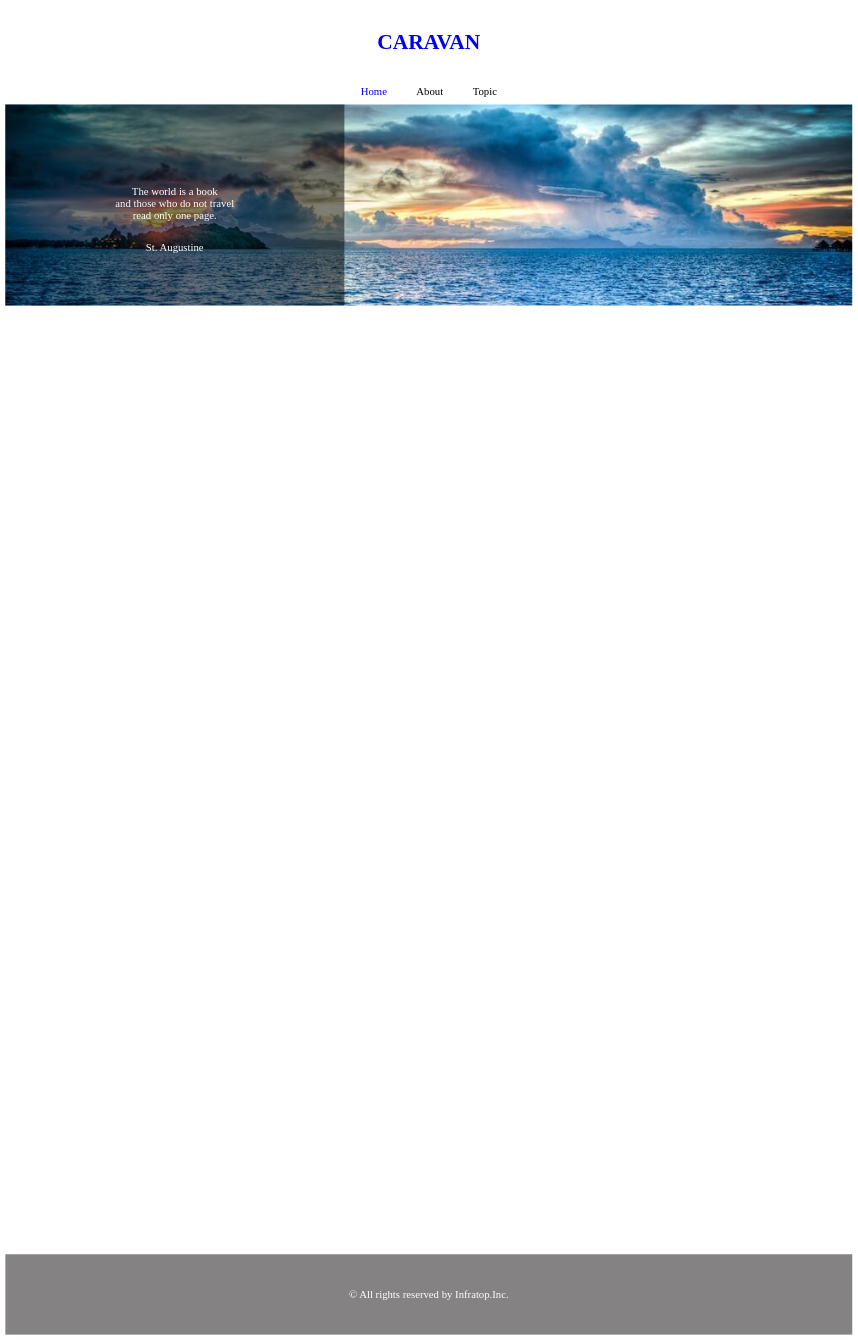
Repository: t-sato-infratop/environment
Page: caravan/index.html
The author's editor kept a record of every edit. The page is drawn from the files as they stood at one moment, then again after the next edit.
The browser window is 1280 px wide. The pictures show the whole page, at 67% of full size.

Above is the page before.

### caravan/index.html
<!DOCTYPE html>
<html lang="ja">
  <head>
    <meta charset="UTF-8" />
    <link rel="stylesheet" href="style.css" />
    <title>CARAVAN</title>
  </head>

  <body>
    <header>
      <h1 class="heading">
        <a href="index.html">
          CARAVAN
        </a>
      </h1>
    </header>

    <nav>
      <ul class="nav-list">
        <li class="nav-list-item">
          <a href="index.html">Home</a>
        </li>
        <li class="nav-list-item">About</li>
        <li class="nav-list-item">Topic</li>
      </ul>
    </nav>

    <div class="main-visual">
      <div class="main-visual-content">
        <p class="main-visual-text">
            The world is a book<br />
            and those who do not travel<br />
            read only one page.
        </p>
        <p class="main-visual-name">
            St. Augustine
        </p>
      </div>
    </div>
    <div class="main">
      <div class="blog"></div>
      <div class="sidebar"></div>
    </div>

    <footer>
      <p class="footer-text">© All rights reserved by Infratop.Inc.</p>
    </footer>
  </body>
</html>

### caravan/style.css

a {
  text-decoration: none;
}

header {
  width: 90%;
  padding: 15px 0;
  margin: 0 auto;
  text-align: center;
}

header .header {
  font-size: 32px;
}

.nav-list {
  text-align: center;
  padding: 10px 0;
  margin: 0 auto;
}

.nav-list-item {
  list-style: none;
  display: inline-block;
  margin: 0 20px;
}

.main-visual {
  width: 100%;
  height: 300px;
  background-image: url(../img/mv.jpg);
  background-size: cover;
  background-position: center;
}

.main-visual-content {
  width: 40%;
  height: 195px;
  background-color: rgb(0,0,0,0.5);
  text-align: center;
  padding-top: 105px;
}

.main-visual-text {
color: #fff;
}

.main-visual-name {
  margin-top: 30px;
  color: #fff;
}

.main {
  width: 840px;
  display: flex;
  justify-content: center;
  margin: 0 auto;
}

.blog {
  width: 800px;
  height: 1400px;
}

.sidebar {
  width: 240px;
  height: 1400px;
}

footer {
  width: 100%;
  height: 120px;
  text-align: center;
  line-height: 120px;
  background-color: #848282;
}

.footer-text {
  color: #fff
}

After the next edit:
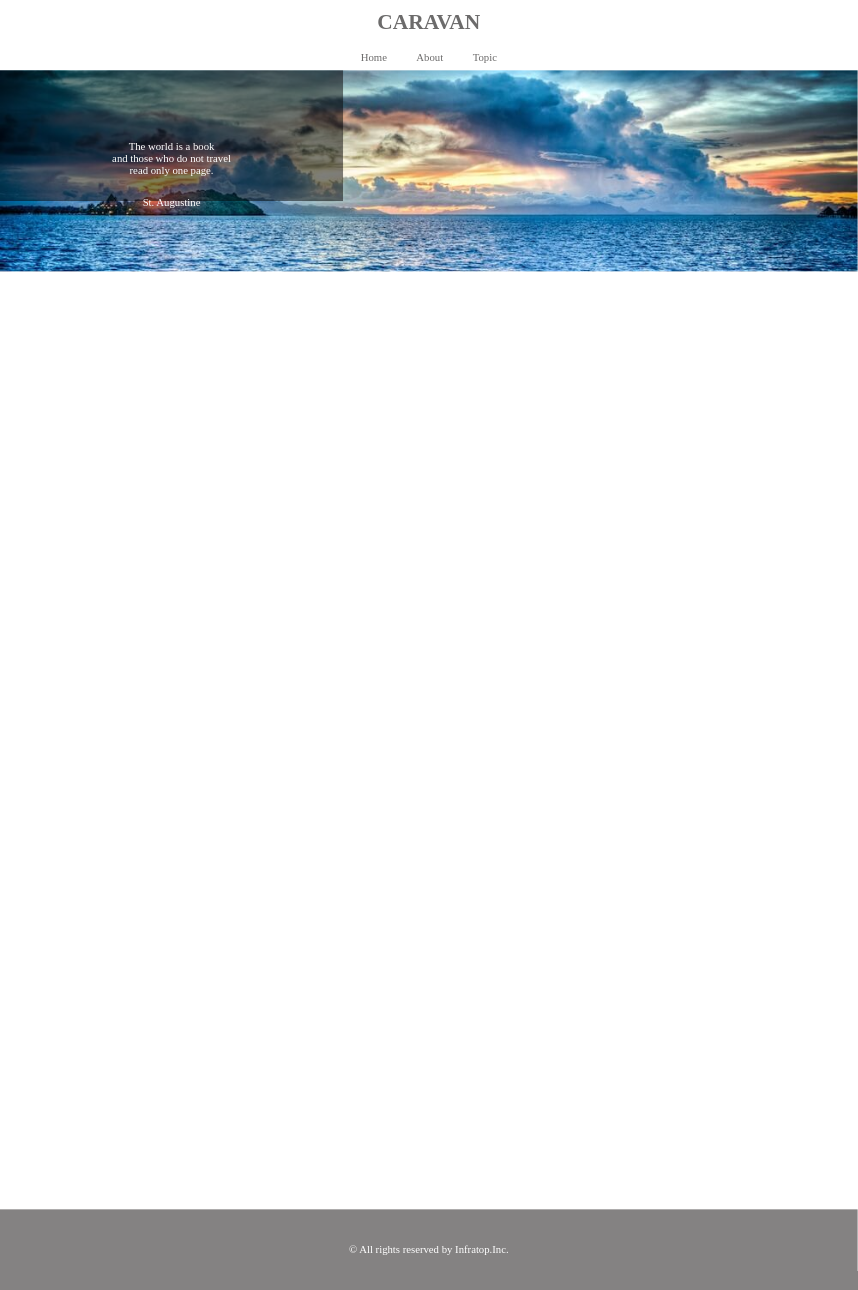
The edit:
--- a/caravan/style.css
+++ b/caravan/style.css
@@ -1,3 +1,9 @@
+* {
+  margin: 0;
+  padding: 0;
+  box-sizing: border-box;
+  color: #6c6b6b;
+}
 
 a {
   text-decoration: none;
